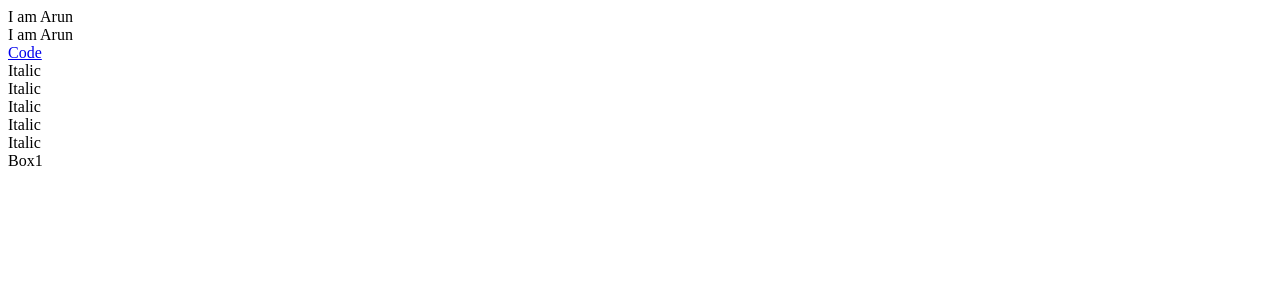
Repository: ARUN-YERRAM/PythonProjects
Page: WebScraping/sample.html
These files come from the project's save history. The page is drawn as it stood at one moment and after a run of saves; the edit follows.
The browser window is 1280 px wide. The pictures show the whole page.

Above is the page before, as saved 2024-05-14 15:45:09.

### WebScraping/sample.html
<!DOCTYPE html>
<html lang="en">
<head>
    <meta charset="UTF-8">
    <meta name="viewport" content="width=device-width, initial-scale=1.0">
    <title>Arun</title>
</head>
<body>
        <div class="Arun">
            I am Arun
        </div>
        <div class="Arun">
            I am Arun
        </div>

        <span class="first">
            <a href="https://chaicode.com"> Code

            </a>
            <a id="link" href="/data/sample.html"></a>

        </span>
        <div class="italic">Italic</div>
        <div class="italic">Italic</div>
        <div class="italic">Italic</div>
        <div class="italic">Italic</div>
        <span id="italic">Italic</span>

        <div class="container">
            <div class="box">
                Box1
            </div>
        </div>
</body>
</html>

After the next 2 saves:
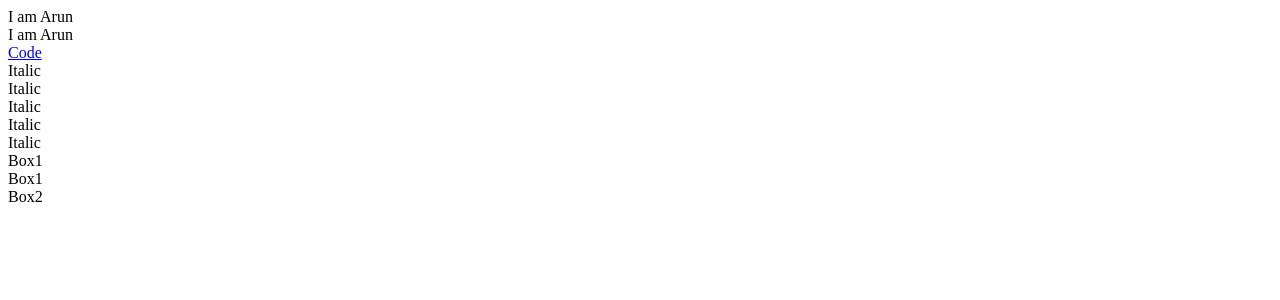
The 2 saves are shown as one change because they came seconds apart.
The last was saved 7 s later.
--- a/WebScraping/sample.html
+++ b/WebScraping/sample.html
@@ -30,6 +30,12 @@
             <div class="box">
                 Box1
             </div>
+            <div class="box">
+                Box1
+            </div>
+            <div class="box">
+                Box2
+            </div>
         </div>
 </body>
 </html>
